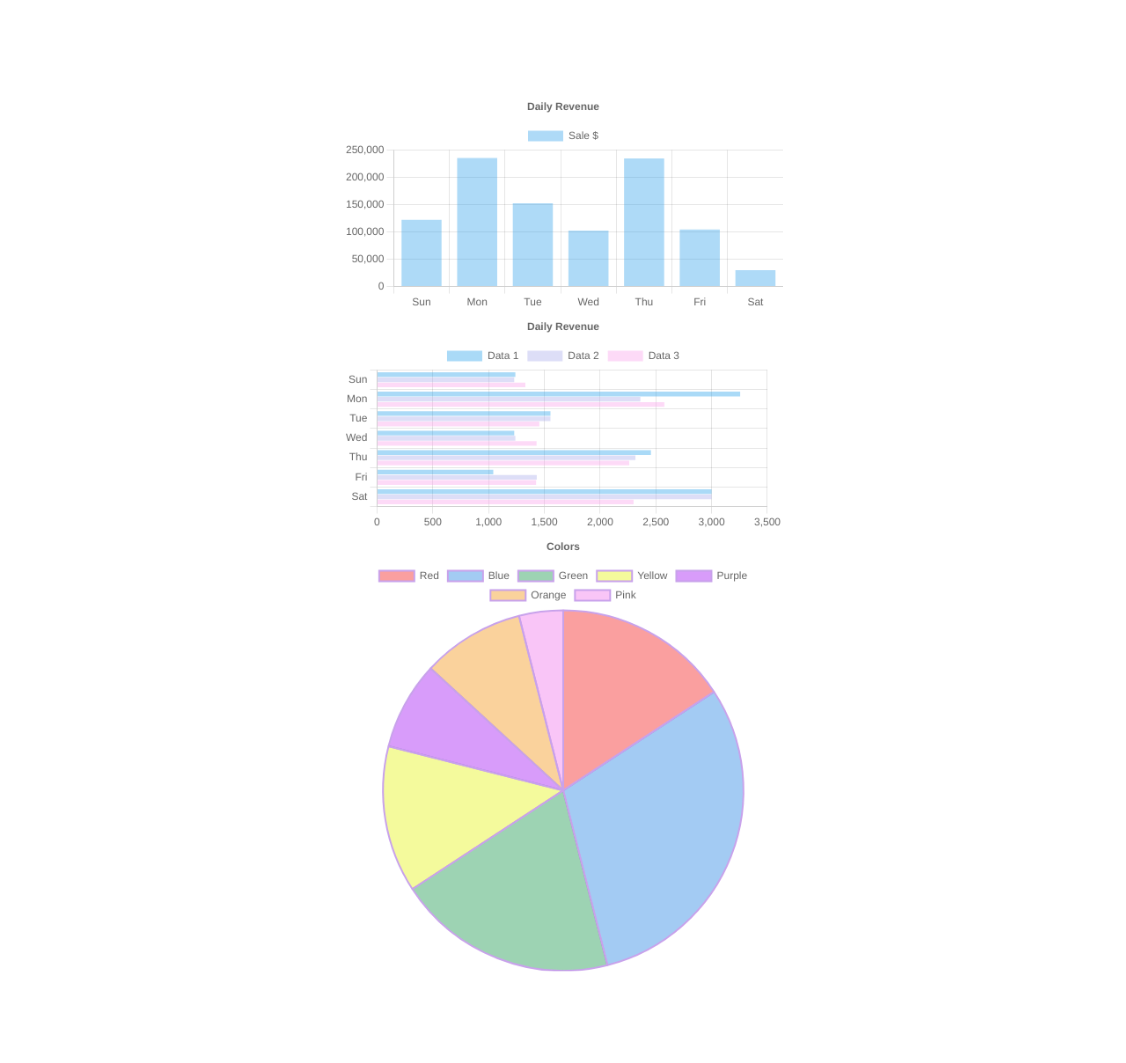
Repository: k8ANStar/exercise-5
Page: /
These files come from the project's save history. The page is drawn as it stood at one moment and after a run of saves; the edit follows.
The browser window is 1280 px wide. The pictures show the whole page, at 88% of full size.
The project was rebuilt for these pictures with package versions that can differ from the ones it lists, and the page was loaded fresh each time. The framework's server and built-in components were replaced by stand-ins that run in the browser. Also part of the build but not shown: next.config.mjs.

Above is the page before, as saved 2024-04-15 10:46:00.

### pages/index.js
import styles from "@/styles/Home.module.css";
import VerticalChart from "@/components/VerticalChart";
import HorizontalChart from "@/components/HorizontalChart";
import PieChart from "@/components/PieChart";

export default function Home() {
	return (
		<>
			<main className={`${styles.main} `}>
				<VerticalChart />

				<HorizontalChart />

				<PieChart />
			</main>
		</>
	);
}

### styles/Home.module.css
.main {
	display: flex;
	flex-direction: column;
	justify-content: space-between;
	align-items: center;
	padding: 6rem;
	min-height: 30vh;
}

### components/VerticalChart/index.js
import styles from "./VerticalChart.module.css";
import { Bar } from "react-chartjs-2";
import {
	Chart as ChartJS,
	CategoryScale,
	LinearScale,
	BarElement,
	Title,
	Tooltip,
	Legend,
} from "chart.js";

import { useEffect, useState } from "react";

ChartJS.register(
	CategoryScale,
	LinearScale,
	BarElement,
	Title,
	Tooltip,
	Legend
);

export default function VerticalChart() {
	const [chartData, setChartData] = useState({
		datasets: [],
	});
	const [chartOptions, setChartOptions] = useState({});

	useEffect(() => {
		setChartData({
			labels: ["Sun", "Mon", "Tue", "Wed", "Thu", "Fri", "Sat"],
			datasets: [
				{
					label: "Sale $",
					data: [122340, 235256, 152455, 102430, 234561, 104326, 30000],
					borderColor: "rgb(53, 162, 235)",
					backgroundColor: "rgb(53, 162, 235, 0.4)",
				},
			],
		});

		setChartOptions({
			plugins: {
				legend: {
					postion: "top",
				},
				title: {
					display: true,
					text: "Daily Revenue",
				},
			},
			maintainAspectRatio: false,
			responsive: true,
		});
	}, []);

	return (
		<div>
			<Bar
				data={chartData}
				options={chartOptions}
				style={{ width: "500px", height: "300px" }}
			/>
		</div>
	);
}

### components/HorizontalChart/index.js
import styles from "./HorizontalChart.module.css";
import { Bar } from "react-chartjs-2";
import {
	Chart as ChartJS,
	CategoryScale,
	LinearScale,
	BarElement,
	Title,
	Tooltip,
	Legend,
} from "chart.js";

import { useEffect, useState } from "react";

ChartJS.register(
	CategoryScale,
	LinearScale,
	BarElement,
	Title,
	Tooltip,
	Legend
);

export default function HorizontalChart() {
	const [chartData, setChartData] = useState({
		datasets: [],
	});
	const [chartOptions, setChartOptions] = useState({});

	useEffect(() => {
		setChartData({
			labels: ["Sun", "Mon", "Tue", "Wed", "Thu", "Fri", "Sat"],
			datasets: [
				{
					label: "Data 1",
					data: [1240, 3256, 1555, 1230, 2456, 1042, 3000],
					borderColor: "rgb(43, 162, 235)",
					backgroundColor: "rgb(43, 162, 235, 0.4)",
				},
				{
					label: "Data 2",
					data: [1230, 2361, 1555, 1240, 2317, 1432, 3000],
					borderColor: "rgb(170, 162, 235)",
					backgroundColor: "rgb(170, 172, 235, 0.4)",
				},
				{
					label: "Data 3",
					data: [1330, 2576, 1455, 1430, 2261, 1426, 2300],
					borderColor: "rgb(250, 162, 235)",
					backgroundColor: "rgb(250, 162, 235, 0.4)",
				},
			],
		});

		setChartOptions({
			indexAxis: "y",
			plugins: {
				legend: {
					postion: "top",
				},
				title: {
					display: true,
					text: "Daily Revenue",
				},
			},
			maintainAspectRatio: true,
			responsive: true,
		});
	}, []);

	return (
		<div>
			<Bar
				data={chartData}
				options={chartOptions}
				style={{ width: "500px", height: "300px" }}
			/>
		</div>
	);
}

### components/PieChart/index.js
import styles from "./PieChart.module.css";
import { Pie } from "react-chartjs-2";
import {
	Chart as ChartJS,
	CategoryScale,
	ArcElement,
	Tooltip,
	Legend,
} from "chart.js";

import { useEffect, useState } from "react";

ChartJS.register(CategoryScale, ArcElement, Tooltip, Legend);

export default function PieChart() {
	const [chartData, setChartData] = useState({
		datasets: [],
	});
	const [chartOptions, setChartOptions] = useState({});

	useEffect(() => {
		setChartData({
			labels: ["Red", "Blue", "Green", "Yellow", "Purple", "Orange", "Pink"],
			datasets: [
				{
					label: "# of Votes",
					data: [12, 23, 15, 10, 6, 7, 3],
					borderColor: "rgb(200, 162, 235)",
					backgroundColor: [
						"rgb(242, 15, 15, 0.4)",
						"rgb(25, 126, 226, 0.4)",
						"rgb(11, 146, 65, 0.4)",
						"rgb(228, 243, 9, 0.4)",
						"rgb(157, 9, 243, 0.4)",
						"rgb(243, 142, 9, 0.4)",
						"rgb(240, 111, 236, 0.4)",
					],
				},
			],
		});

		setChartOptions({
			plugins: {
				legend: {
					postion: "top",
				},
				title: {
					display: true,
					text: "Colors",
				},
			},
			maintainAspectRatio: false,
			responsive: true,
		});
	}, []);

	return (
		<div>
			<Pie
				data={chartData}
				options={chartOptions}
				style={{ width: "500px", height: "300px" }}
			/>
		</div>
	);
}

Loaded but not shown: pages/_app.js (common file); pages/_document.js (common file); styles/globals.css (common file); components/HorizontalChart/HorizontalChart.module.css (no stored copy; drawn as an empty file); components/PieChart/PieChart.module.css (no stored copy; drawn as an empty file); components/VerticalChart/VerticalChart.module.css (no stored copy; drawn as an empty file)

After the next 3 saves:
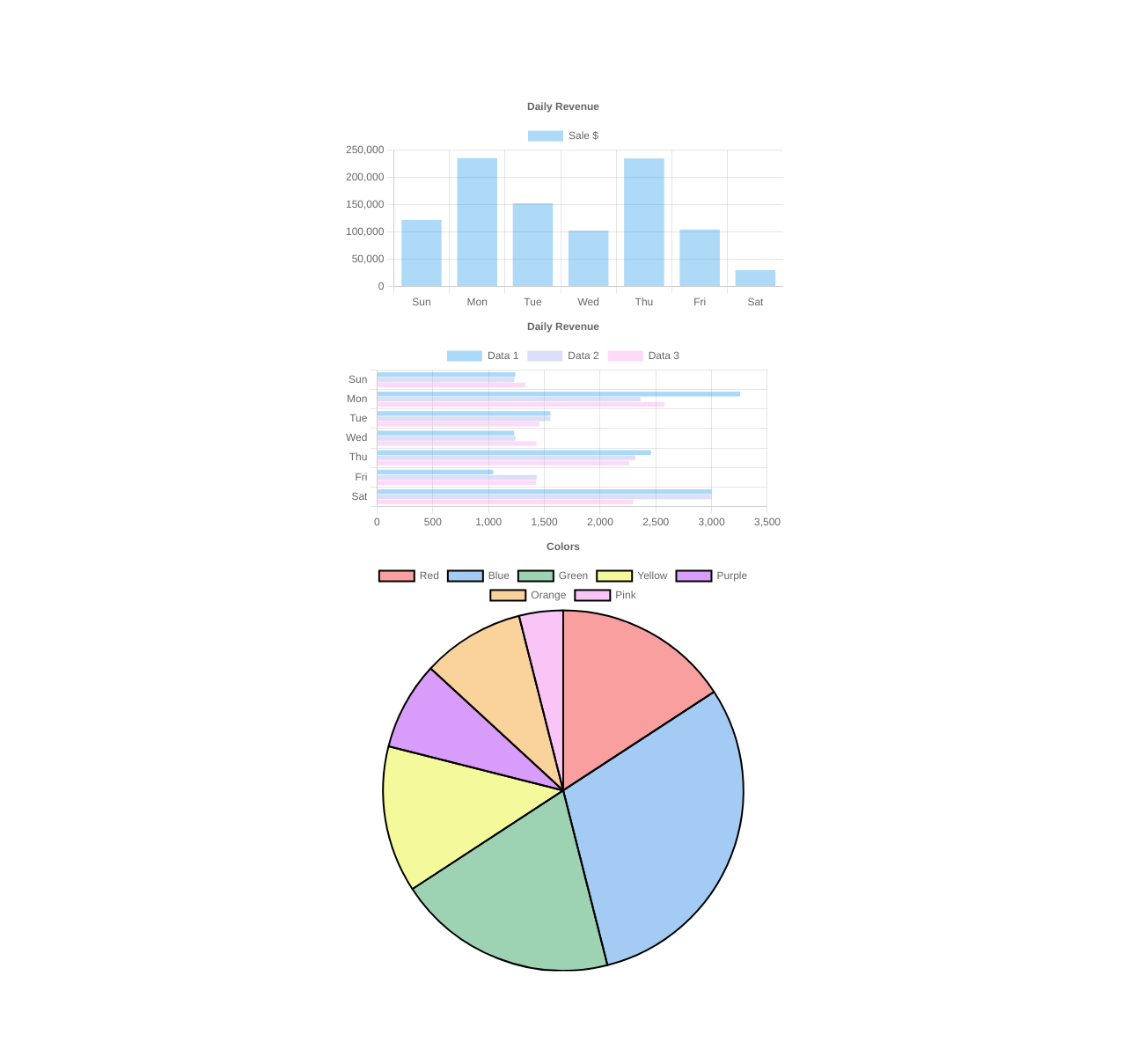
The 3 saves are shown as one change because they came seconds apart.
The last was saved 21 s later.
--- a/components/PieChart/index.js
+++ b/components/PieChart/index.js
@@ -25,7 +25,7 @@ export default function PieChart() {
 				{
 					label: "# of Votes",
 					data: [12, 23, 15, 10, 6, 7, 3],
-					borderColor: "rgb(200, 162, 235)",
+					borderColor: "rgb(0, 0, 0)",
 					backgroundColor: [
 						"rgb(242, 15, 15, 0.4)",
 						"rgb(25, 126, 226, 0.4)",
